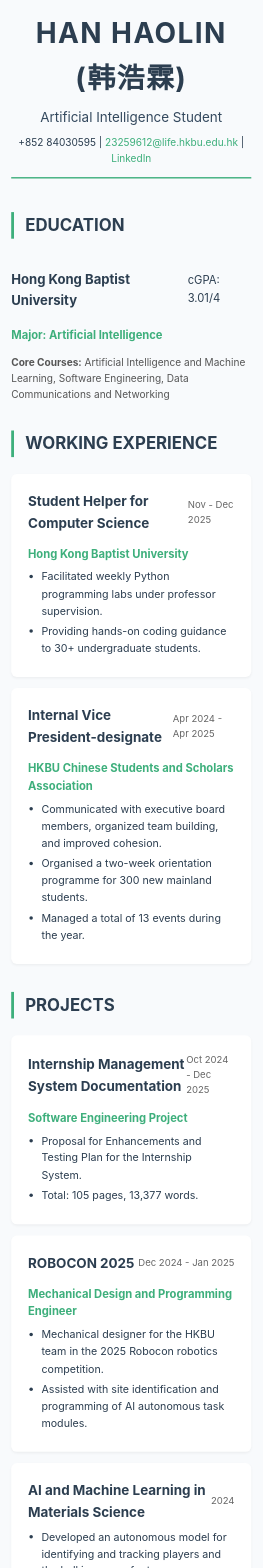
Repository: hhl2802149944-afk/hhl2802149944-afk.github.io
Page: /
These files come from the project's save history. The page is drawn as it stood at one moment and after the next save; the edit follows.
The browser window is 375 px wide. The pictures show the part of the page from y = 0 to 2240 px (the page is 2897 px tall before and 2842 px after), at 70% of full size.
The project was rebuilt for these pictures with package versions that can differ from the ones it lists, and the page was loaded fresh each time. Also part of the build but not shown: vite.config.js.

Above is the page before, as saved 2026-01-19 14:20:33.

### index.html
<!DOCTYPE html>
<html lang="en">
  <head>
    <meta charset="UTF-8">
    <link rel="icon" href="/favicon.ico">
    <meta name="viewport" content="width=device-width, initial-scale=1.0">
    <title>Han Haolin - Resume</title>
  </head>
  <body>
    <div id="app"></div>
    <script type="module" src="/src/main.js"></script>
  </body>
</html>

### src/App.vue
<script setup>
import { RouterView } from 'vue-router'
</script>

<template>
  <RouterView />
</template>

<style>
/* Global styles can go here */
</style>

### src/assets/main.css
:root {
  --primary-color: #2c3e50;
  --secondary-color: #34495e;
  --accent-color: #3eaf7c;
  --text-color: #2c3e50;
  --bg-color: #f8fafc;
  --card-bg: #ffffff;
}

body {
  margin: 0;
  font-family: 'Inter', -apple-system, BlinkMacSystemFont, 'Segoe UI', Roboto, Oxygen, Ubuntu, Cantarell, 'Open Sans', 'Helvetica Neue', sans-serif;
  background-color: var(--bg-color);
  color: var(--text-color);
  line-height: 1.6;
}

#app {
  max-width: 900px;
  margin: 0 auto;
  padding: 2rem;
}

h1, h2, h3 {
  color: var(--primary-color);
}

a {
  color: var(--accent-color);
  text-decoration: none;
}

a:hover {
  text-decoration: underline;
}

@media (max-width: 600px) {
  #app {
    padding: 1rem;
  }
}

### src/views/HomeView.vue
<script setup>
import ResumeHeader from '../components/ResumeHeader.vue'
import ResumeSection from '../components/ResumeSection.vue'
import ProjectCard from '../components/ProjectCard.vue'

const resumeData = {
  name: "Han Haolin (韩浩霖)",
  title: "Artificial Intelligence Student",
  contact: {
    phone: "+852 84030595",
    email: "23259612@life.hkbu.edu.hk",
    linkedin: "https://linkedin.com/in/HaolinHAN"
  },
  education: {
    school: "Hong Kong Baptist University",
    major: "Artificial Intelligence",
    gpa: "3.01/4",
    courses: ["Artificial Intelligence and Machine Learning", "Software Engineering", "Data Communications and Networking"]
  },
  experience: [
    {
      name: "Student Helper for Computer Science",
      date: "Nov - Dec 2025",
      role: "Hong Kong Baptist University",
      details: [
        "Facilitated weekly Python programming labs under professor supervision.",
        "Providing hands-on coding guidance to 30+ undergraduate students."
      ]
    },
    {
      name: "Internal Vice President-designate",
      date: "Apr 2024 - Apr 2025",
      role: "HKBU Chinese Students and Scholars Association",
      details: [
        "Communicated with executive board members, organized team building, and improved cohesion.",
        "Organised a two-week orientation programme for 300 new mainland students.",
        "Managed a total of 13 events during the year."
      ]
    }
  ],
  projects: [
    {
      name: "Internship Management System Documentation",
      date: "Oct 2024 - Dec 2025",
      role: "Software Engineering Project",
      details: [
        "Proposal for Enhancements and Testing Plan for the Internship System.",
        "Total: 105 pages, 13,377 words."
      ]
    },
    {
      name: "ROBOCON 2025",
      date: "Dec 2024 - Jan 2025",
      role: "Mechanical Design and Programming Engineer",
      details: [
        "Mechanical designer for the HKBU team in the 2025 Robocon robotics competition.",
        "Assisted with site identification and programming of AI autonomous task modules."
      ]
    },
    {
      name: "AI and Machine Learning in Materials Science",
      date: "2024",
      details: [
        "Developed an autonomous model for identifying and tracking players and the ball in soccer footage."
      ]
    }
  ],
  skills: {
    programming: ["Python", "Java", "Javascript", "HTML", "Markdown"],
    ai_tech: ["CNN", "RNN", "GAN", "Ubuntu"],
    publicity: ["Canva", "WeChat Public", "Capcut"]
  }
}
</script>

<template>
  <main class="resume-container">
    <ResumeHeader
      :name="resumeData.name"
      :title="resumeData.title"
      :contact="resumeData.contact"
    />

    <ResumeSection title="Education">
      <div class="education-item">
        <div class="edu-header">
          <h3>{{ resumeData.education.school }}</h3>
          <span class="gpa">cGPA: {{ resumeData.education.gpa }}</span>
        </div>
        <p class="major">Major: {{ resumeData.education.major }}</p>
        <p class="courses"><strong>Core Courses:</strong> {{ resumeData.education.courses.join(', ') }}</p>
      </div>
    </ResumeSection>

    <ResumeSection title="Working Experience">
      <ProjectCard
        v-for="(exp, index) in resumeData.experience"
        :key="index"
        :project="exp"
      />
    </ResumeSection>

    <ResumeSection title="Projects">
      <ProjectCard
        v-for="(proj, index) in resumeData.projects"
        :key="index"
        :project="proj"
      />
    </ResumeSection>

    <ResumeSection title="Skills">
      <div class="skills-grid">
        <div class="skill-category">
          <h4>Programming</h4>
          <div class="skill-tags">
            <span v-for="skill in resumeData.skills.programming" :key="skill" class="tag">{{ skill }}</span>
          </div>
        </div>
        <div class="skill-category">
          <h4>AI & Tools</h4>
          <div class="skill-tags">
            <span v-for="skill in resumeData.skills.ai_tech" :key="skill" class="tag">{{ skill }}</span>
          </div>
        </div>
        <div class="skill-category">
          <h4>Publicity & Design</h4>
          <div class="skill-tags">
            <span v-for="skill in resumeData.skills.publicity" :key="skill" class="tag">{{ skill }}</span>
          </div>
        </div>
      </div>
    </ResumeSection>
  </main>
</template>

<style scoped>
.resume-container {
  padding-bottom: 50px;
}

.education-item {
  margin-bottom: 1.5rem;
}

.edu-header {
  display: flex;
  justify-content: space-between;
  align-items: center;
}

.major {
  font-weight: bold;
  color: var(--accent-color);
  margin: 0.2rem 0;
}

.courses {
  font-size: 0.9rem;
  color: #555;
}

.skills-grid {
  display: grid;
  grid-template-columns: repeat(auto-fit, minmax(200px, 1fr));
  gap: 2rem;
}

.skill-category h4 {
  margin-bottom: 1rem;
  color: var(--secondary-color);
  border-bottom: 1px solid #ddd;
  padding-bottom: 0.3rem;
}

.skill-tags {
  display: flex;
  flex-wrap: wrap;
  gap: 0.5rem;
}

.tag {
  background: #eef2f7;
  padding: 0.3rem 0.8rem;
  border-radius: 15px;
  font-size: 0.85rem;
  color: var(--primary-color);
}
</style>

### src/components/ResumeHeader.vue
<script setup>
defineProps({
  name: String,
  title: String,
  contact: Object
})
</script>

<template>
  <header class="resume-header">
    <h1>{{ name }}</h1>
    <p class="subtitle">{{ title }}</p>
    <div class="contact-info">
      <span>{{ contact.phone }}</span> |
      <a :href="'mailto:' + contact.email">{{ contact.email }}</a> |
      <a :href="contact.linkedin" target="_blank">LinkedIn</a>
    </div>
  </header>
</template>

<style scoped>
.resume-header {
  text-align: center;
  margin-bottom: 3rem;
  border-bottom: 2px solid var(--accent-color);
  padding-bottom: 1rem;
}

h1 {
  margin: 0;
  font-size: 2.5rem;
  text-transform: uppercase;
  letter-spacing: 2px;
}

.subtitle {
  font-size: 1.2rem;
  color: var(--secondary-color);
  margin: 0.5rem 0;
}

.contact-info {
  font-size: 0.9rem;
}
</style>

### src/components/ResumeSection.vue
<script setup>
defineProps({
  title: String
})
</script>

<template>
  <section class="resume-section">
    <h2>{{ title }}</h2>
    <div class="section-content">
      <slot></slot>
    </div>
  </section>
</template>

<style scoped>
.resume-section {
  margin-bottom: 2.5rem;
}

h2 {
  font-size: 1.5rem;
  border-left: 4px solid var(--accent-color);
  padding-left: 1rem;
  margin-bottom: 1.5rem;
  text-transform: uppercase;
}
</style>

### src/components/ProjectCard.vue
<script setup>
defineProps({
  project: Object
})
</script>

<template>
  <div class="project-card">
    <div class="project-header">
      <h3>{{ project.name }}</h3>
      <span class="date">{{ project.date }}</span>
    </div>
    <p class="role" v-if="project.role">{{ project.role }}</p>
    <ul class="details">
      <li v-for="(detail, index) in project.details" :key="index">
        {{ detail }}
      </li>
    </ul>
  </div>
</template>

<style scoped>
.project-card {
  background: var(--card-bg);
  padding: 1.5rem;
  border-radius: 8px;
  box-shadow: 0 2px 4px rgba(0,0,0,0.05);
  margin-bottom: 1rem;
}

.project-header {
  display: flex;
  justify-content: space-between;
  align-items: center;
  margin-bottom: 0.5rem;
}

h3 {
  margin: 0;
  font-size: 1.2rem;
}

.date {
  font-size: 0.85rem;
  color: #666;
}

.role {
  font-weight: bold;
  color: var(--accent-color);
  margin-bottom: 0.5rem;
}

.details {
  margin: 0;
  padding-left: 1.2rem;
  font-size: 0.95rem;
}

.details li {
  margin-bottom: 0.3rem;
}
</style>

Loaded but not shown: src/main.js (common file); src/router/index.js (common file)

After the next save:
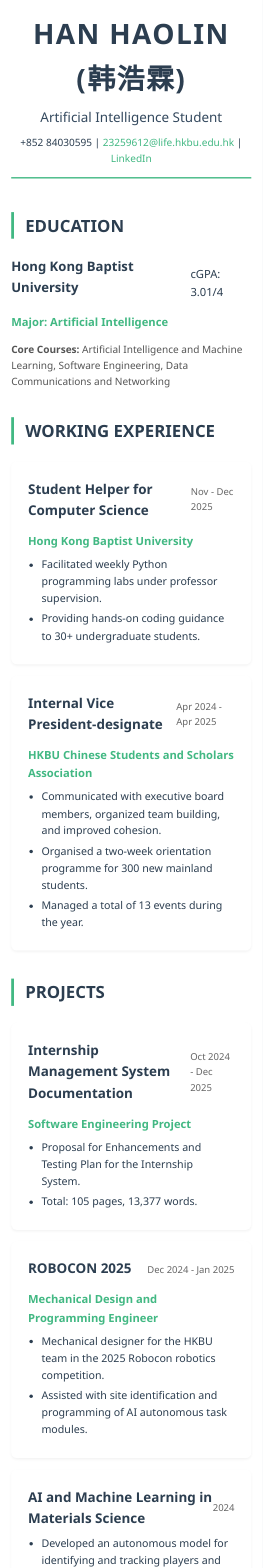
Saved 10 s later.
--- a/src/assets/main.css
+++ b/src/assets/main.css
@@ -1,40 +1,54 @@
 :root {
   --primary-color: #2c3e50;
   --secondary-color: #34495e;
-  --accent-color: #3eaf7c;
+  --accent-color: #42b883;
   --text-color: #2c3e50;
-  --bg-color: #f8fafc;
+  --light-text: #64748b;
+  --bg-color: #f1f5f9;
   --card-bg: #ffffff;
+  --border-color: #e2e8f0;
 }
 
 body {
   margin: 0;
-  font-family: 'Inter', -apple-system, BlinkMacSystemFont, 'Segoe UI', Roboto, Oxygen, Ubuntu, Cantarell, 'Open Sans', 'Helvetica Neue', sans-serif;
+  font-family: 'Segoe UI', Roboto, Helvetica, Arial, sans-serif;
   background-color: var(--bg-color);
   color: var(--text-color);
   line-height: 1.6;
 }
 
 #app {
-  max-width: 900px;
+  max-width: 1000px;
   margin: 0 auto;
-  padding: 2rem;
+  min-height: 100vh;
+  background-color: white;
+  box-shadow: 0 0 20px rgba(0,0,0,0.05);
+  padding: 3rem 4rem;
 }
 
-h1, h2, h3 {
+h1, h2, h3, h4 {
   color: var(--primary-color);
+  margin-top: 0;
 }
 
 a {
   color: var(--accent-color);
   text-decoration: none;
+  transition: color 0.2s;
 }
 
 a:hover {
+  color: var(--secondary-color);
   text-decoration: underline;
 }
 
-@media (max-width: 600px) {
+@media (max-width: 768px) {
+  #app {
+    padding: 2rem;
+  }
+}
+
+@media (max-width: 480px) {
   #app {
     padding: 1rem;
   }
